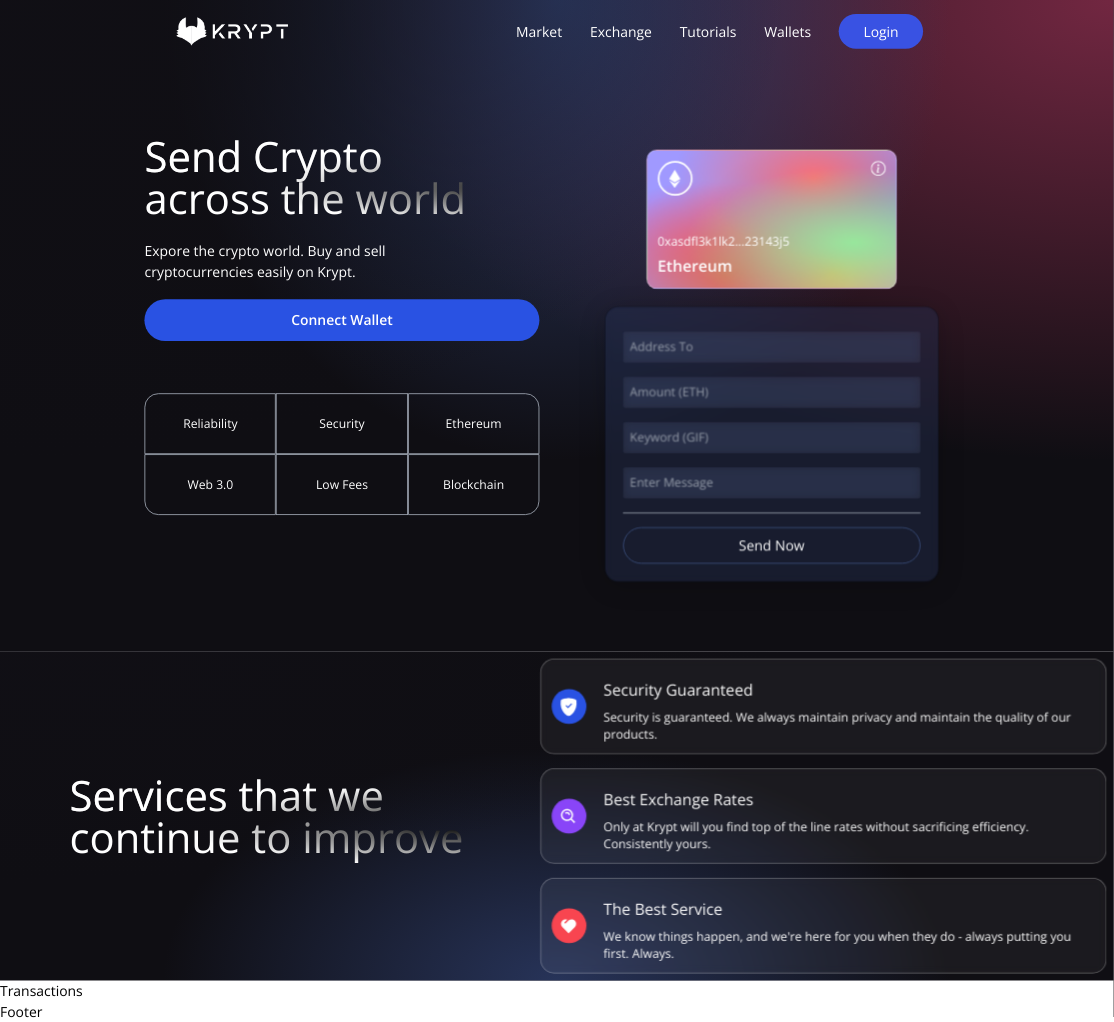
Repository: stephan-chiorean/krypt
Page: / (app in client/)
These files come from the project's save history. The page is drawn as it stood at one moment and after the next save; the edit follows.
The browser window is 1280 px wide. The pictures show the whole page, at 87% of full size.
The project was rebuilt for these pictures with package versions that can differ from the ones it lists, and the page was loaded fresh each time. Also part of the build but not shown: client/vite.config.js, client/src/components/Loader.jsx.

Above is the page before, as saved 2023-03-29 19:32:50.

After the next save:
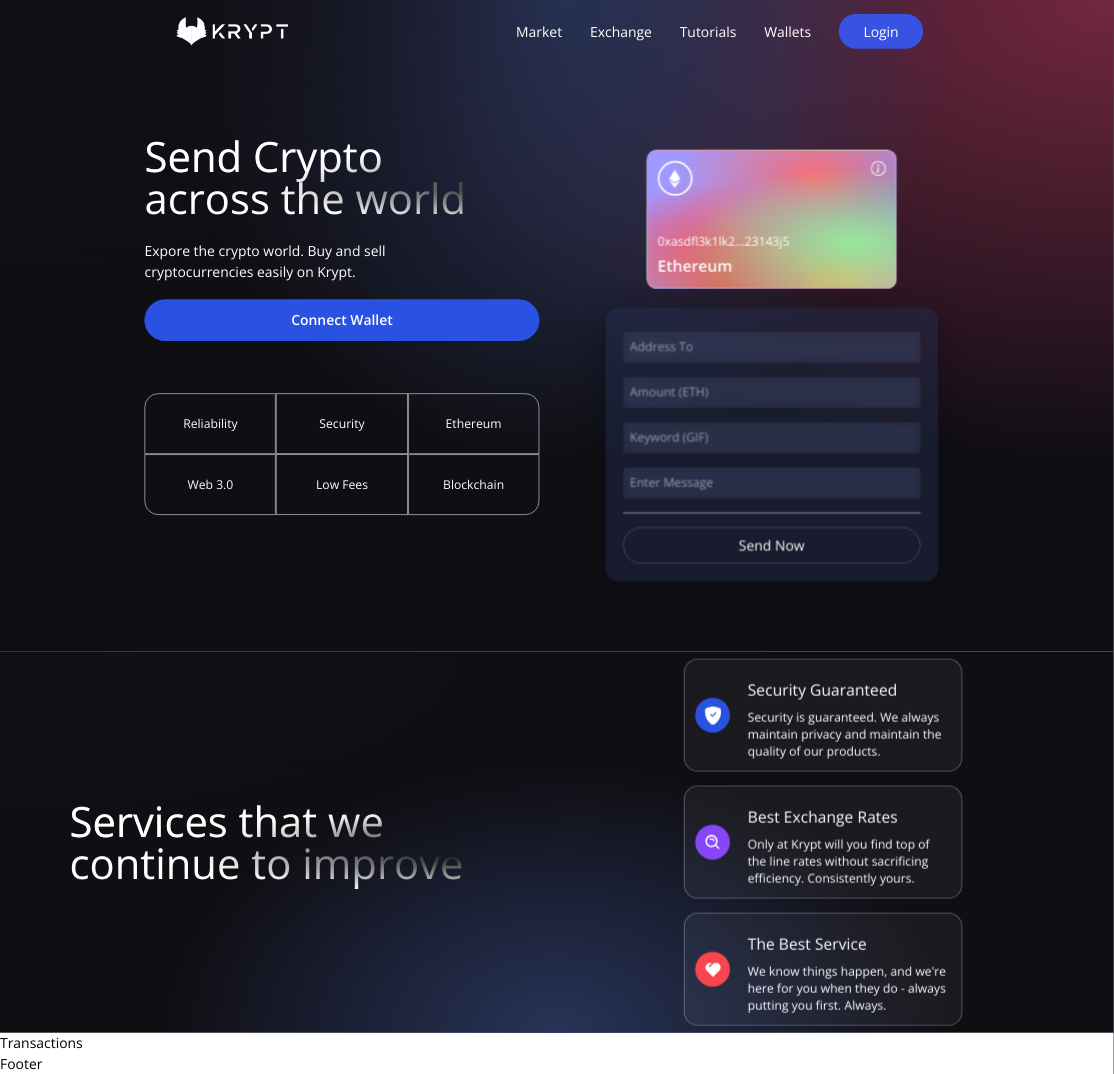
Saved 8 s later.
--- a/client/src/components/Services.jsx
+++ b/client/src/components/Services.jsx
@@ -4,7 +4,7 @@
 import { RiHeart2Fill } from 'react-icons/ri';
 
 const ServiceCard = ({color, title, icon, subtitle}) => (
-  <div className='flex flex-row md:w-100 justify-start items-center white-glassmorphism p-3 m-2 cursor-pointer hover:shadow-xl'>
+  <div className='flex flex-row md:w-80 justify-start items-center white-glassmorphism p-3 m-2 cursor-pointer hover:shadow-xl'>
     <div className={`w-10 h-10 rounded-full flex justify-center items-center ${color}`}>
       {icon}
     </div>

After the save that followed:
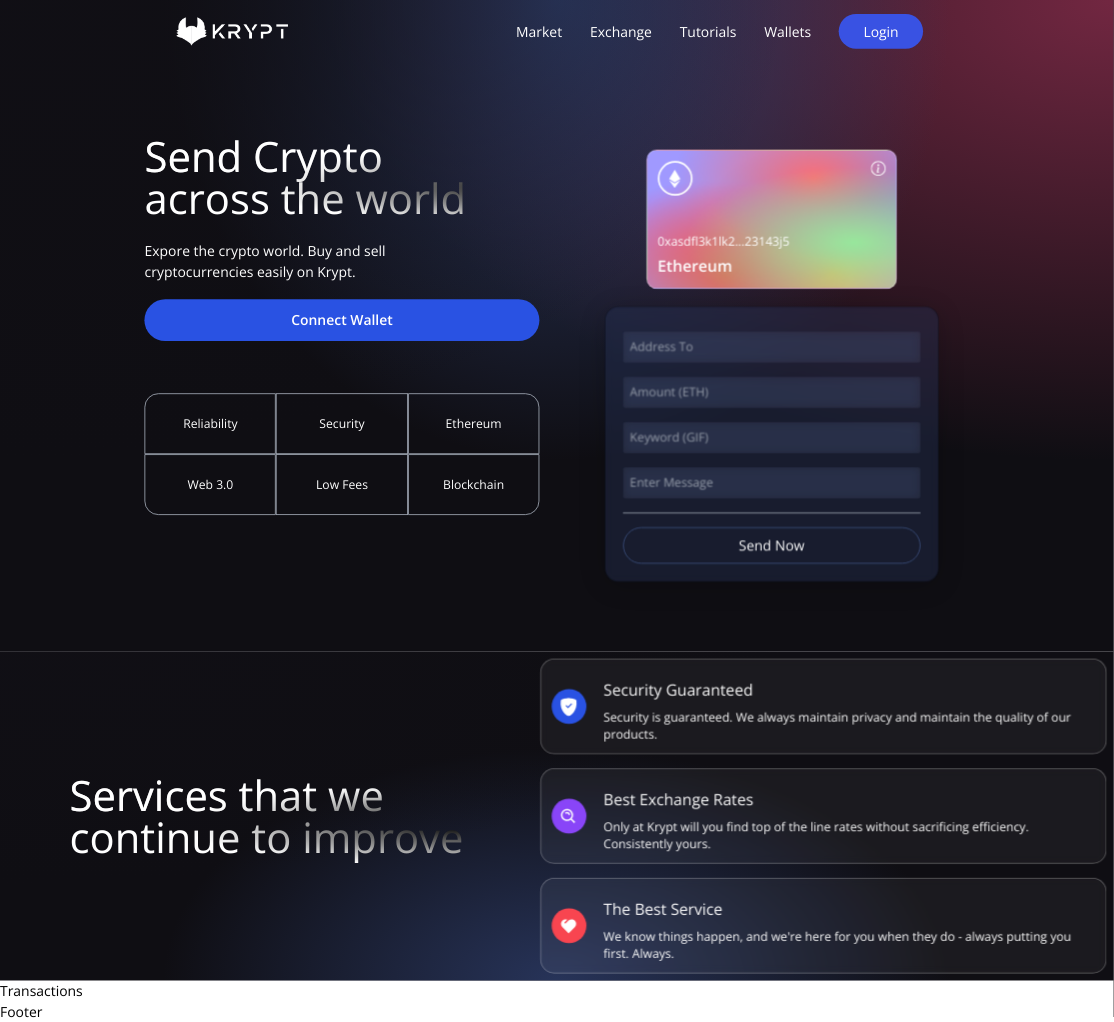
Saved 4 s later.
--- a/client/src/components/Services.jsx
+++ b/client/src/components/Services.jsx
@@ -4,7 +4,7 @@
 import { RiHeart2Fill } from 'react-icons/ri';
 
 const ServiceCard = ({color, title, icon, subtitle}) => (
-  <div className='flex flex-row md:w-80 justify-start items-center white-glassmorphism p-3 m-2 cursor-pointer hover:shadow-xl'>
+  <div className='flex flex-row md:w-90 justify-start items-center white-glassmorphism p-3 m-2 cursor-pointer hover:shadow-xl'>
     <div className={`w-10 h-10 rounded-full flex justify-center items-center ${color}`}>
       {icon}
     </div>
